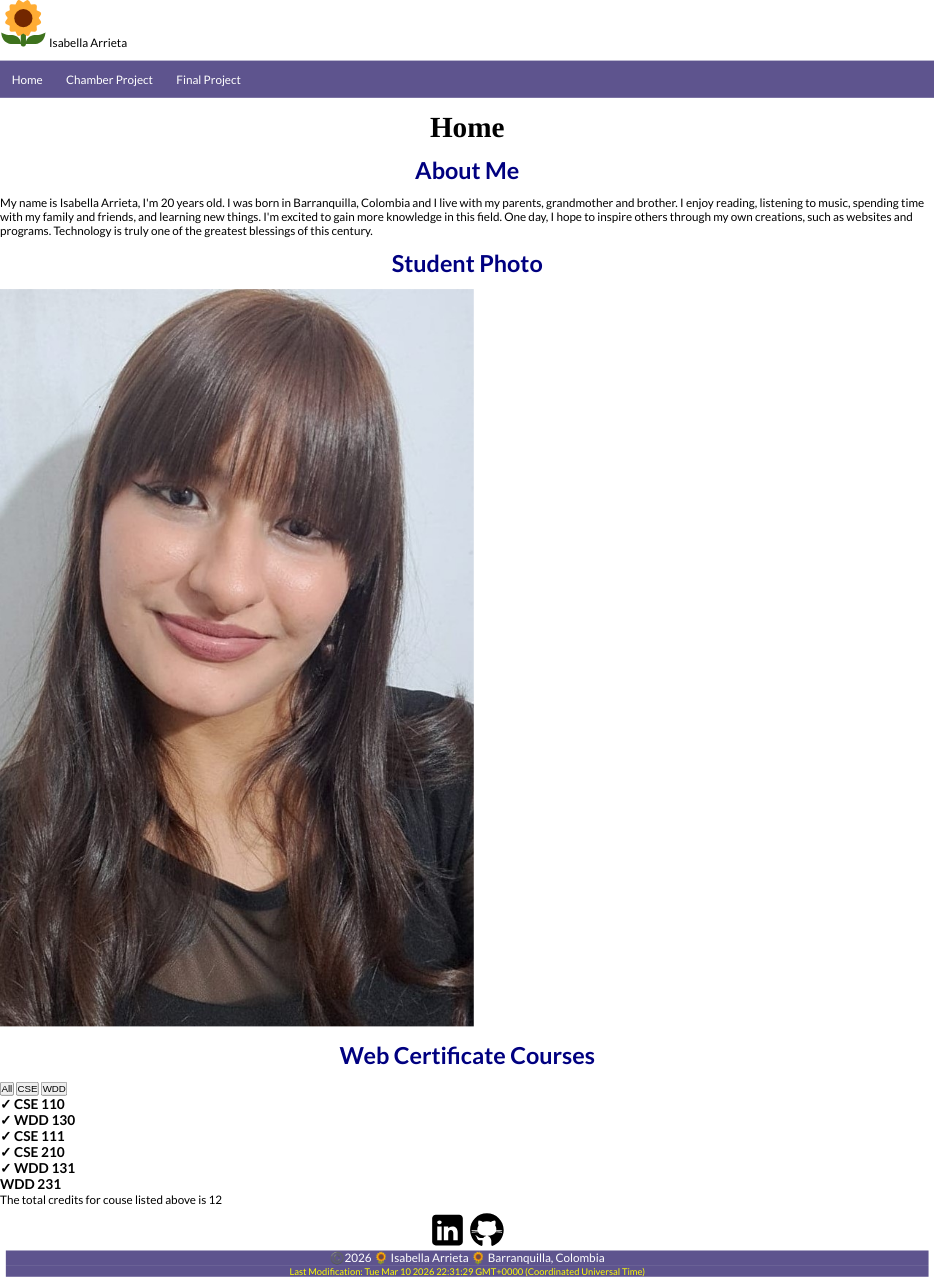
Repository: isaAJ05/wdd231
Page: index.html
The author's editor kept a copy of each file at every save. The page is drawn from the files as they stood at one save, then again after a run of saves.
The browser window is 1280 px wide. The pictures show the whole page, at 73% of full size.
Some web fonts or font styles are not loaded; a fallback is used.

Above is the page before, as saved 2026-03-10 23:35:14.

### index.html
<!DOCTYPE html>
<html lang="en">
<head>
    <meta charset="UTF-8">
    <meta name="viewport" content="width=device-width, initial-scale=1.0">
    <title>WDD 231 – Web Frontend Development I – Isabella Arrieta</title>
    <meta name="description" content="WDD 231 – Web Frontend Development I Isabella Arrieta, This is a page about me">
    <meta name="author" content="Isabella Arrieta">
    <link rel="stylesheet" href="styles/normalize.css">
    <link rel="preconnect" href="https://fonts.googleapis.com">
    <link rel="preconnect" href="https://fonts.gstatic.com" crossorigin>
    <link href="https://fonts.googleapis.com/css2?family=Lato:ital,wght@0,100;0,300;0,400;0,700;0,900;1,100;1,300;1,400;1,700;1,900&family=Open+Sans:ital,wght@0,300..800;1,300..800&family=Play:wght@400;700&family=Raleway:ital,wght@0,100..900;1,100..900&display=swap" rel="stylesheet">
    <script src="scripts/getdates.js" defer></script>
    <script src="scripts/hamburguer.js" defer></script>
    <script src="scripts/courses.js" defer></script>
</head>
<body>
    <header>
        <div class="title">
            <img src="images/sunflower-svgrepo-com.svg" alt="Isabella Arrieta logo">
            <span>Isabella Arrieta</span>
        </div>
        <button id="menu" aria-label="Open menu"></button>
        <nav>
            <ul class="navigation">
			<li><a href="index.html">Home</a></li>
			<li><a href="#" class="chamber">Chamber Project</a></li>
			<li><a href="#" class="final">Final Project</a></li>
		</ul>
        </nav>
    </header>
    <main>
        <h1>Home</h1>
        <section class="card">
            <div class="rectangle">
                <h2>About Me</h2>
            </div>
            <div class="presentation">
            <p>My name is Isabella Arrieta, I'm 20 years old. I was born in Barranquilla, Colombia and I live with my parents, grandmother and brother. I enjoy reading, listening to music, spending time with my family and friends, and learning new things. I'm excited to gain more knowledge in this field. One day, I hope to inspire others through my own creations, such as websites and programs. Technology is truly one of the greatest blessings of this century.</p>
            </div>
            </section>

        <section class="card">
            <div class="rectangle">
                <h2>Student Photo</h2>
            </div>
            <img src ="images/isa.jpg" alt="Isabella Arrieta picture">
            </section>

        <section class="card">
            <div class="rectangle">
                <h2>Web Certificate Courses</h2>
            </div>
               <div class="course-buttons">
                <button id="all">All</button>
                <button id="cse">CSE</button>
                <button id="wdd">WDD</button>
            </div>

            <div id="courses"></div>

            <p>The total credits for couse listed above is <span id="totalCredits"></span></p>

        </section>
    </main>
    <footer>
        <div class ="icons">
                <a href="https://www.linkedin.com/in/isabella-arrieta/" target="_blank"><img src="images/icons8-linkedin.svg" alt="LinkedIn icon"></a>
                <a href="https://github.com/isaaj05" target="_blank"><img src="images/icons8-github.svg" alt="GitHub icon"></a>
        </div>
        <p>
            ©️<span id="currentyear"></span> 🌻 Isabella Arrieta 🌻 Barranquilla, Colombia
        </p>
        <p class="last-modified">
            <span id="lastModified"></span>
        </p>
    </footer>

</body>
</html>

### styles/normalize.css
:root {
    --primary-color: #231942;
    --secondary-color: #5e548e;
    --font: "Lato", sans-serif;
}
* {
	margin: 0;
	padding: 0;
	box-sizing: border-box;
}
body{
	font-family: var(--font);
}
h1 {
	text-align: left;
	font-family: times, serif;
	font-size: 1.5rem;
	margin-left: 1rem;
	position: left;
}

h2 {
		font-size: 1.2rem;
		color: navy;
		text-align: left;
		margin: 1rem;
	}
header {
    position: relative;

}
nav {
	margin: 1rem auto;
}

/* small view navigation */
#menu {
	font-size: 1.5rem;
	border: 0;
	background: none;
	color: #000;
 	position: absolute;
  top: 1rem;
	right: 1rem;
}

#menu::before {
	content: "☰";
}

#menu.open::before {
	content: "✖️";
}

.navigation {
	display: flex;
	flex-direction: column;
	list-style: none;
	background-color: var(--secondary-color);
	color: #fff;
}

.navigation a {
	display: none;
	padding: 1rem;
	text-align: center;
	text-decoration: none;
	color: #fff;
}
.navigation a:hover {
	background-color: #bbb;
	color: #333;
	font-weight: 700;
}

/* when the button is clicked - the open class is toggled (added/removed) */
.open a {
	display: block;
}

.active::before {
	content: "📍";  /* just a wayfinding symbol for the user */
}

.stuff {
	margin: .5rem;
	border: 1px solid rgb(0 0 0 / .1);
	background-color: #bed;
	max-width: 580px;
	height: 100vh;

}
footer {
    color:  #fff;
    text-align: center;
    padding: 8px;
}
footer p {
    background: var(--secondary-color);
}
.last-modified {
    font-size: 0.8rem;
    color: yellow;
}

/* large view navigation ************************************/
@media (min-width: 37.5em) {
	h1 {
		font-size: 2.5rem;
		margin-left: 0;
		text-align: center;
	}

	h2 {
		font-size: 2rem;
		text-align: center;
	}

	#menu {
		display: none; /* hide hamburger button */
	}

	.navigation {
		flex-direction: row;
	}

	.navigation a {
		display: block;
		flex: 1 1 100%;
	}

	.stuff {
		margin: 1rem auto;
	}
}

### scripts/getdates.js
const year = document.querySelector("#currentyear");
const today = new Date();
year.innerHTML = `<span class="highlight">${today.getFullYear()}</span>`;
const lastMod = document.querySelector("#lastModified");
let oLastModif = new Date(document.lastModified);
lastMod.innerHTML = `Last Modification: <span class="highlight">${oLastModif}</span>`;

### scripts/hamburguer.js
const hamButton = document.querySelector('#menu');
const navigation = document.querySelector('.navigation');
const title = document.querySelector('.title');

hamButton.addEventListener('click', () => {
	navigation.classList.toggle('open');
    hamButton.classList.toggle('open');
    title.classList.toggle('open');
});

### scripts/courses.js
// here we select the elements we need to interact with
const courseContainer = document.querySelector("#courses"); // container for the course cards
const totalCredits = document.querySelector("#totalCredits"); // element to display total credits
// buttons to filter courses
const allBtn = document.querySelector("#all");
const cseBtn = document.querySelector("#cse");
const wddBtn = document.querySelector("#wdd");
// array given by the university with all the courses in the web certificate program
const courses = [
    {
        subject: 'CSE',
        number: 110,
        title: 'Introduction to Programming',
        credits: 2,
        certificate: 'Web and Computer Programming',
        description: 'This course will introduce students to programming. It will introduce the building blocks of programming languages (variables, decisions, calculations, loops, array, and input/output) and use them to solve problems.',
        technology: [
            'Python'
        ],
        completed: true
    },
    {
        subject: 'WDD',
        number: 130,
        title: 'Web Fundamentals',
        credits: 2,
        certificate: 'Web and Computer Programming',
        description: 'This course introduces students to the World Wide Web and to careers in web site design and development. The course is hands on with students actually participating in simple web designs and programming. It is anticipated that students who complete this course will understand the fields of web design and development and will have a good idea if they want to pursue this degree as a major.',
        technology: [
            'HTML',
            'CSS'
        ],
        completed: true
    },
    {
        subject: 'CSE',
        number: 111,
        title: 'Programming with Functions',
        credits: 2,
        certificate: 'Web and Computer Programming',
        description: 'CSE 111 students become more organized, efficient, and powerful computer programmers by learning to research and call functions written by others; to write, call , debug, and test their own functions; and to handle errors within functions. CSE 111 students write programs with functions to solve problems in many disciplines, including business, physical science, human performance, and humanities.',
        technology: [
            'Python'
        ],
        completed: true
    },
    {
        subject: 'CSE',
        number: 210,
        title: 'Programming with Classes',
        credits: 2,
        certificate: 'Web and Computer Programming',
        description: 'This course will introduce the notion of classes and objects. It will present encapsulation at a conceptual level. It will also work with inheritance and polymorphism.',
        technology: [
            'C#'
        ],
        completed: true
    },
    {
        subject: 'WDD',
        number: 131,
        title: 'Dynamic Web Fundamentals',
        credits: 2,
        certificate: 'Web and Computer Programming',
        description: 'This course builds on prior experience in Web Fundamentals and programming. Students will learn to create dynamic websites that use JavaScript to respond to events, update content, and create responsive user experiences.',
        technology: [
            'HTML',
            'CSS',
            'JavaScript'
        ],
        completed: true
    },
    {
        subject: 'WDD',
        number: 231,
        title: 'Frontend Web Development I',
        credits: 2,
        certificate: 'Web and Computer Programming',
        description: 'This course builds on prior experience with Dynamic Web Fundamentals and programming. Students will focus on user experience, accessibility, compliance, performance optimization, and basic API usage.',
        technology: [
            'HTML',
            'CSS',
            'JavaScript'
        ],
        completed: false
    }
]
// function to display the courses on the page
function displayCourses(courseList) {
    courseContainer.innerHTML = ""; // clear the container before adding new courses

    courseList.forEach(course => {
        const card = document.createElement("div"); // create a card for each course
        card.classList.add("course-card");

        if (course.completed) {
            card.classList.add("completed");// add a class to indicate the course is completed
        }

        card.innerHTML = `
            <h3>${course.completed ? '✓' : ''} ${course.subject} ${course.number}</h3>
        `;

        courseContainer.appendChild(card); // add the card to the container
    });

    calculateCredits(courseList);
}
function calculateCredits(courseList) {
    const total = courseList.reduce((sum, course) => sum + course.credits, 0); // calculate the total credits by summing the credits of all courses in the list
    totalCredits.textContent = total;
}

allBtn.addEventListener("click", () => {
    displayCourses(courses);
});

cseBtn.addEventListener("click", () => {
    const cseCourses = courses.filter(course => course.subject === "CSE");
    displayCourses(cseCourses);
});

wddBtn.addEventListener("click", () => {
    const wddCourses = courses.filter(course => course.subject === "WDD");
    displayCourses(wddCourses);
});

displayCourses(courses);

After the next 6 saves:
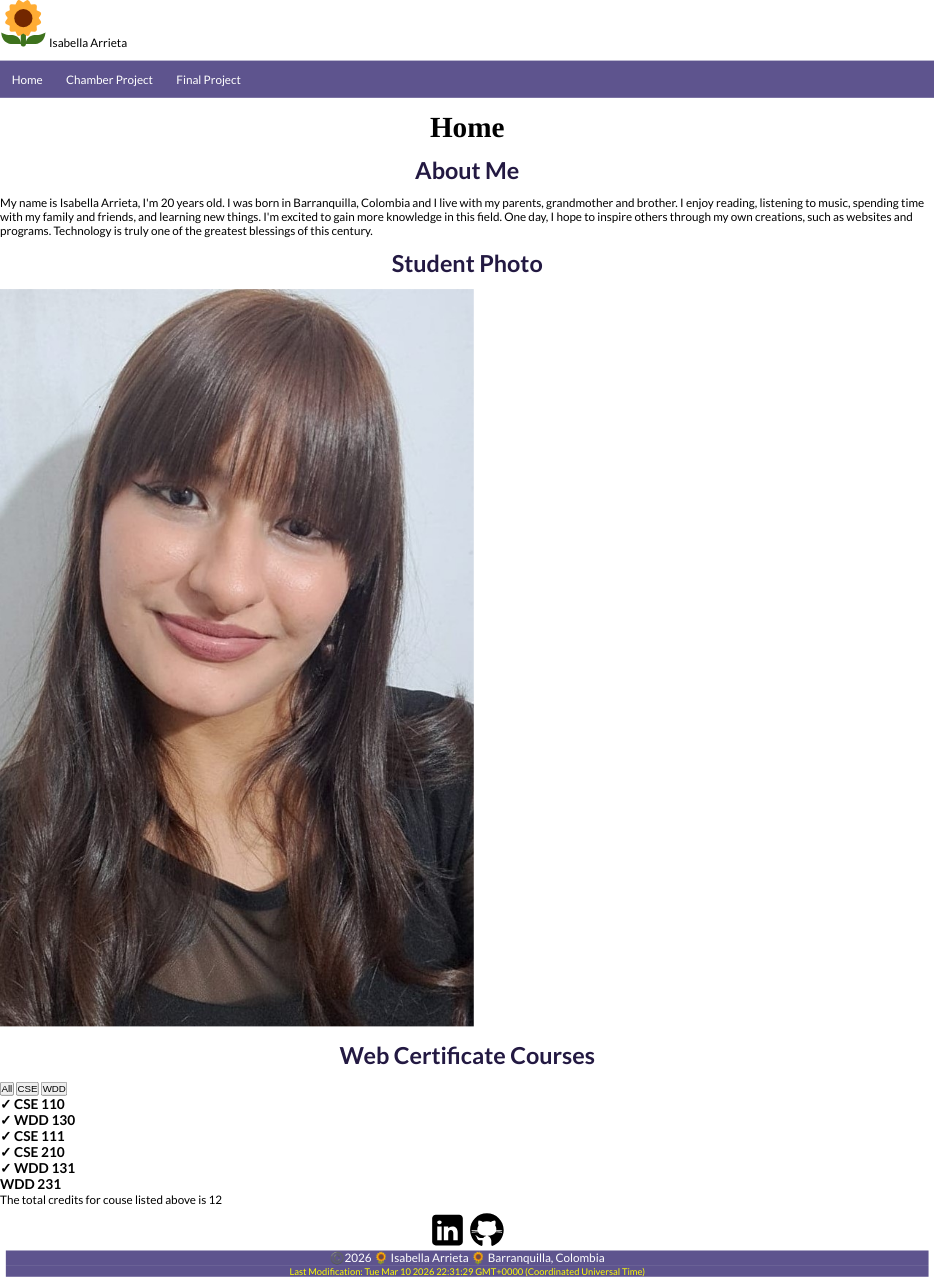
The 6 saves are shown as one change because they came seconds apart.
The last was saved 22 s later.
--- a/styles/normalize.css
+++ b/styles/normalize.css
@@ -20,10 +20,10 @@ h1 {
 }
 
 h2 {
-		font-size: 1.2rem;
-		color: navy;
-		text-align: left;
-		margin: 1rem;
+	font-size: 1.2rem;
+	color: var(--primary-color);
+	text-align: left;
+	margin: 1rem;
 	}
 header {
     position: relative;
